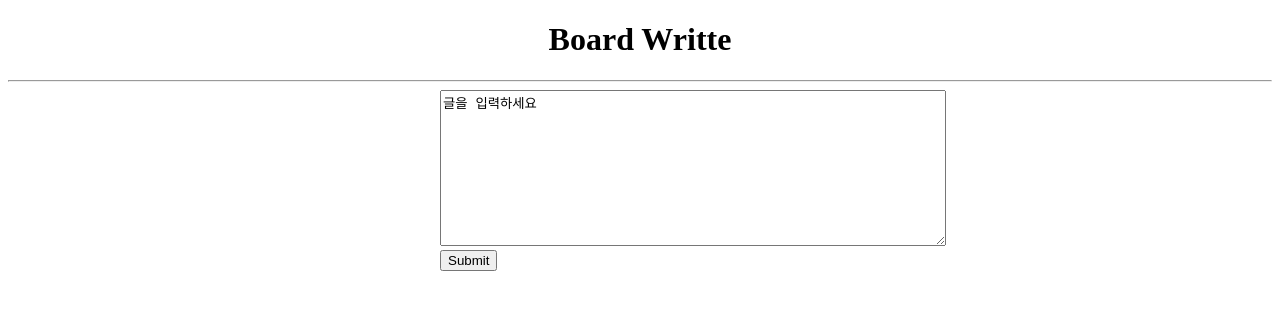
Repository: ByeonYJ/CSSTest
Page: GMSUI/WebContent/board/board_write.html
The author's editor kept a copy of each file at every save. The page is drawn from the files as they stood at one save, then again after the next save.
The browser window is 1280 px wide. The pictures show the whole page.

Above is the page before, as saved 2017-07-20 02:33:30.

After the next save:
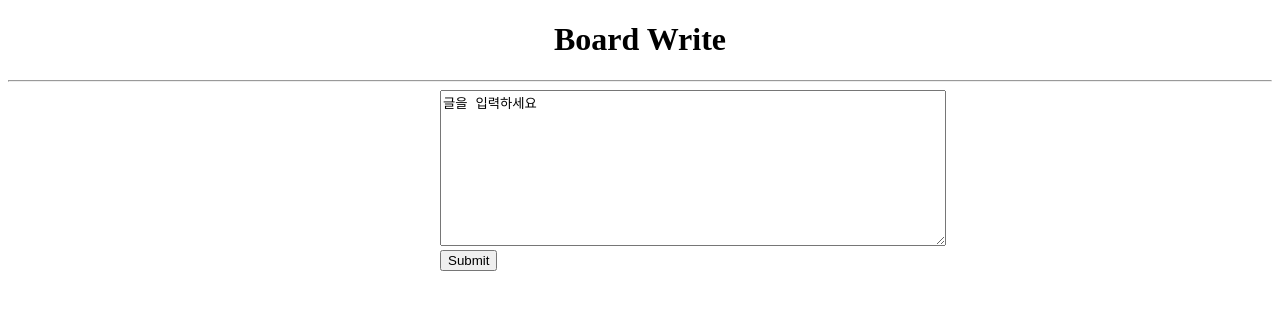
Saved 5 s later.
--- a/GMSUI/WebContent/board/board_write.html
+++ b/GMSUI/WebContent/board/board_write.html
@@ -20,7 +20,7 @@
 </head>
 <body>
 	<div id="wrapper" style="width: 100%">
-   <h1 class="text-center" style="">Board Writte</h1>
+   <h1 class="text-center" style="">Board Write</h1>
    <hr/>
 <div id="container" class="margin-auto" style="width: 400px">
 <form action="../board_list.html">
